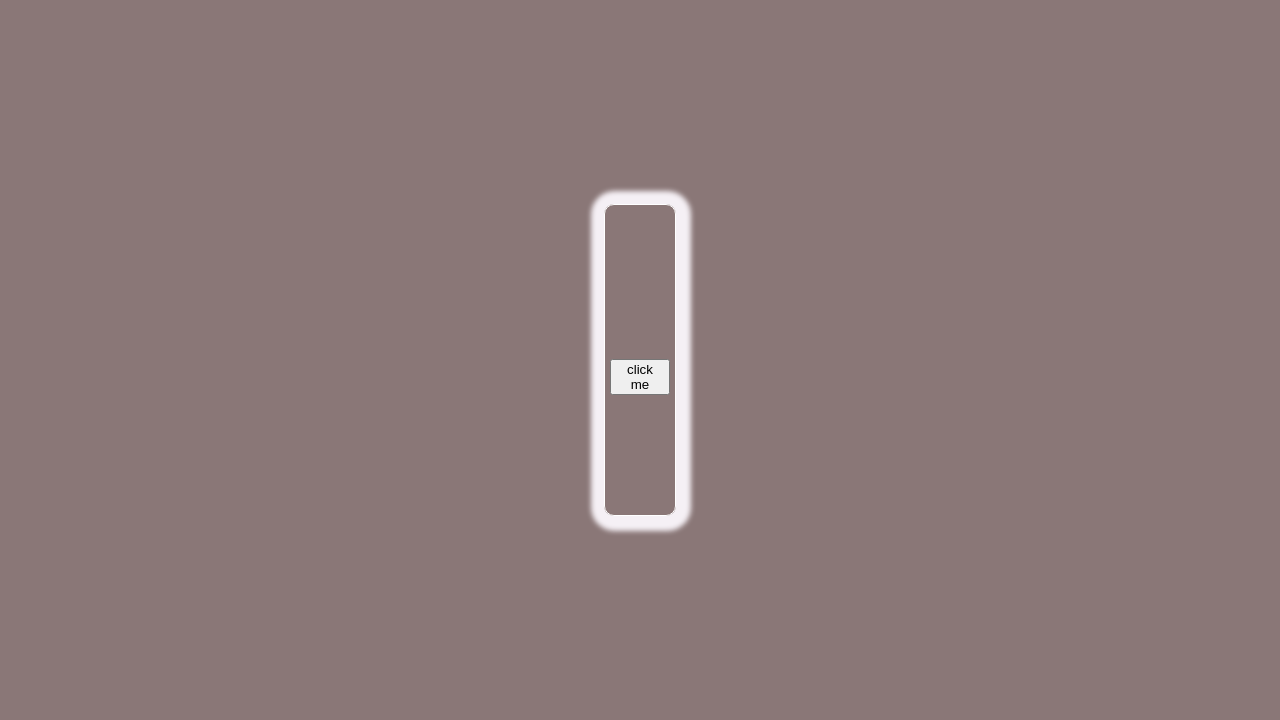
Repository: lamilekan263/random_advice
Page: /
These files come from the project's save history. The page is drawn as it stood at one moment and after the next save; the edit follows.
The browser window is 1280 px wide. The pictures show the whole page.
The page's requests for data from a server got no answer. The project was rebuilt for these pictures with package versions that can differ from the ones it lists, and the page was loaded fresh each time. No one was signed in, and anything a server would have sent is missing.

Above is the page before, as saved 2020-08-10 14:44:35.

### src/App.js
import React from 'react';
import './App.css';
import axios from 'axios'

class App extends React.Component{

  state = {
    advice : ''
  }
 componentDidMount(){
    this.getAdvice()
  }

  getAdvice = ()=>{
    axios.get('https://api.adviceslip.com/advice')
    .then((response) =>{
      const { advice } = response.data.slip;
      console.log(advice)
      this.setState({ advice })
    })

  }

  render(){
    return(
      <div className="app">
        <div className="card">
          <h1> {this.state.advice}</h1>

          <button onClick = {this.getAdvice}>click me</button>
        </div>
      </div>
    )
  }
}


export default App

### src/App.css
body{
  margin:0;
  padding: 0;
  background-image: url('./bg.jpg');
  background-size: cover;
  background-repeat: no-repeat;
  height:100vh;
  background-position: center;
  background: rgba(109, 86, 86, 0.8);
  display:flex;
  justify-content: center;
  text-align:center;
  align-items: center;
}

.card{
  width:80%;
  margin: 0 auto;
  background-color: transparent;
  border:1px solid white;
  padding:5px;
  border-radius: 10px;
  height:300px;
  display:flex;
  flex-direction:column;
  justify-content: center;
  text-align:center;
  align-items: center;
  -webkit-box-shadow: 1px 1px 5px 14px rgba(245,240,245,1);
  -moz-box-shadow: 1px 1px 5px 14px rgba(245,240,245,1);
  box-shadow: 1px 1px 5px 14px rgba(245,240,245,1);


}
h1{
  font-family: monospace;
  color:white;
}

Loaded but not shown: public/index.html (common file); src/index.js (common file); src/index.css (common file); src/serviceWorker.js (common file)

After the next save:
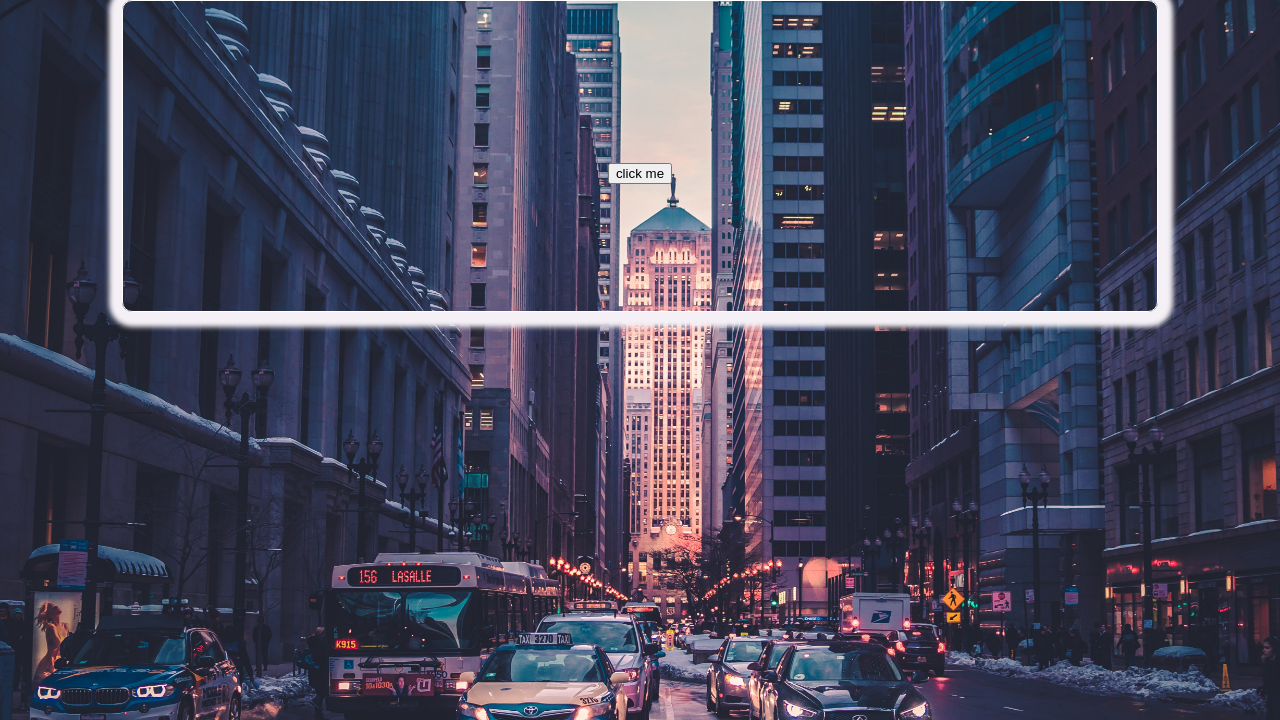
Saved 88 s later.
--- a/src/App.css
+++ b/src/App.css
@@ -6,7 +6,7 @@ body{
   background-repeat: no-repeat;
   height:100vh;
   background-position: center;
-  background: rgba(109, 86, 86, 0.8);
+  background:
   display:flex;
   justify-content: center;
   text-align:center;
